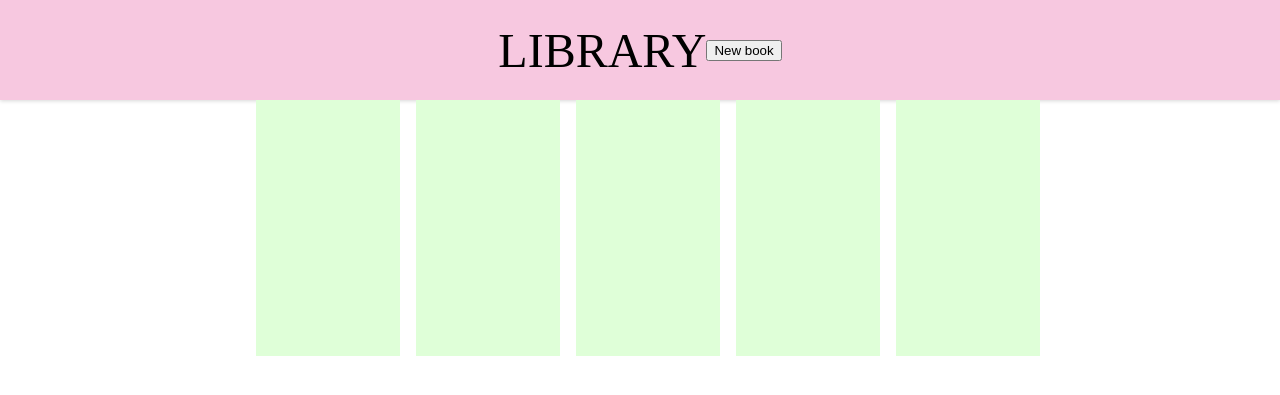
Repository: yeetzpxoci/library
Page: index.html
These files come from the project's save history. The page is drawn as it stood at one moment and after the next save; the edit follows.
The browser window is 1280 px wide. The pictures show the whole page.
Some web fonts or font styles are not loaded; a fallback is used.

Above is the page before, as saved 2023-02-21 14:59:19.

### index.html
<!DOCTYPE html>
<html lang="en">
<head>
    <meta charset="UTF-8">
    <meta http-equiv="X-UA-Compatible" content="IE=edge">
    <meta name="viewport" content="width=device-width, initial-scale=1.0">
    <title>Library</title>
    <link rel="stylesheet" href="styles.css">
    <link rel="preconnect" href="https://fonts.googleapis.com">
    <link rel="preconnect" href="https://fonts.gstatic.com" crossorigin>
    <link href="https://fonts.googleapis.com/css2?family=Roboto:wght@500&display=swap" rel="stylesheet">
    <link href="https://fonts.googleapis.com/css2?family=Gloock&display=swap" rel="stylesheet">
</head>
<body>
    <div class="header">
        <p></p>
        <p>LIBRARY</p>
        <button onclick="addBookToLibrary()" id="addBook">New book</button>
    </div>

    <form>
        <fieldset>
            <label for="title">Title</label>
            <input type="text" name="title" id="title">
            <label for="author">Author</label>
            <input type="text" name="author" id="author">
            <label for="pages">Pages</label>
            <input type="number" name="pages" id="pages">
            <label for="read">Have you read the book?</label>
            <input type="checkbox" name="read" id="read">
        </fieldset>
    </form>

    <div id="cards">

    </div>
<script src="script.js"></script>
</body>
</html>

### styles.css
html, body {
    margin: 0;
    padding: 0;
}

body {
    min-height: 100vh;
    background-color: white;
}

.header {
    display: flex;
    align-items: center;
    justify-content: center;
    width: 100%;
    height: 100px;
    background-color: #F7C8E0;
    box-shadow: rgba(0, 0, 0, 0.16) 0px 1px 4px;
}

.header p {
    font-family: 'Gloock', serif;
    font-size: 48px;
}

#addBook {
    justify-self: flex-end;
}

#cards {
    display: grid;
    grid-template-columns: 1fr 1fr 1fr 1fr 1fr;
    gap: 16px;
    margin-right: 256px;
    margin-left: 256px;
}

.card {
    height: 256px;
    width: 144px;
    background-color: #DFFFD8;
    align-self: center;
    justify-self: center;
}

form {
    display: none;
}

### script.js
const title = document.getElementById("title").value
const author = document.getElementById("author").value
const pages = document.getElementById("pages").value
const read = document.getElementById("read").checked
const cards = document.getElementById("cards")

let myLibrary = [];

function Book(title, author, pages, read) {
    this.title = title;
    this.author = author;
    this.pages = pages;
    this.read = read;
    this.info = function () {
        return title + " by " + author + ", " + String(pages) + " pages, not read yet"
    }
}

function addBookToLibrary() {
    let book = new Book(title, author, pages, read);
    myLibrary.push(book);
    console.log(myLibrary.length)
}

function displayBooks() {
    for (let i = 0; i < myLibrary.length; i++) {
        const newDiv = document.createElement("div");
        newDiv.setAttribute("class", "card");
        cards.appendChild(newDiv);
    }
}

let book1 = new Book("htomi" , "hs", 23, true);
let book2 = new Book("yeet", "asd", 65, false);
let book3 = new Book("smth", "bsdf", 1, true);
let book4 = new Book("smth", "bsdf", 1, true);
let book5 = new Book("smth", "bsdf", 1, true);
myLibrary.push(book1, book2, book3, book4, book5);
displayBooks();

After the next save:
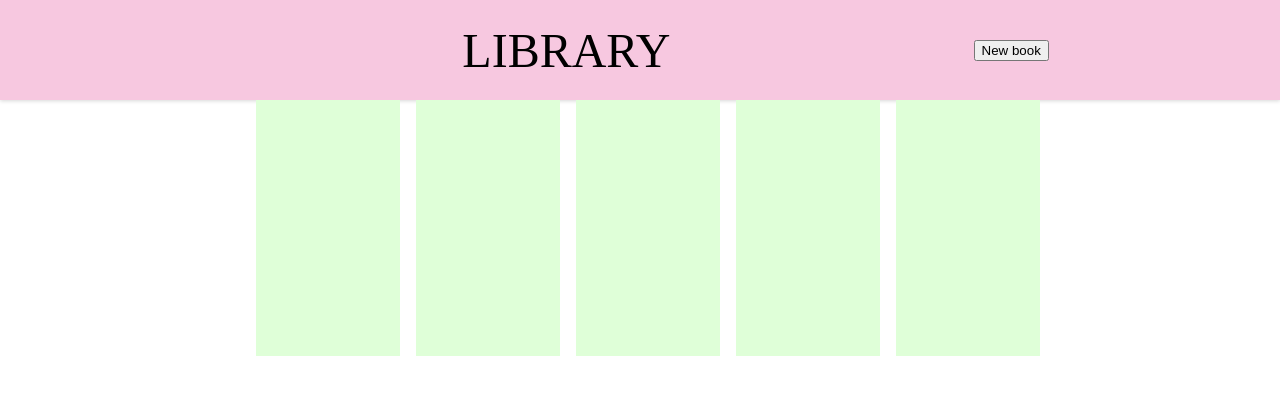
Saved 53 s later.
--- a/styles.css
+++ b/styles.css
@@ -11,7 +11,7 @@ body {
 .header {
     display: flex;
     align-items: center;
-    justify-content: center;
+    justify-content: space-evenly;
     width: 100%;
     height: 100px;
     background-color: #F7C8E0;
@@ -24,7 +24,7 @@ body {
 }
 
 #addBook {
-    justify-self: flex-end;
+    margin-left: 72px;
 }
 
 #cards {
